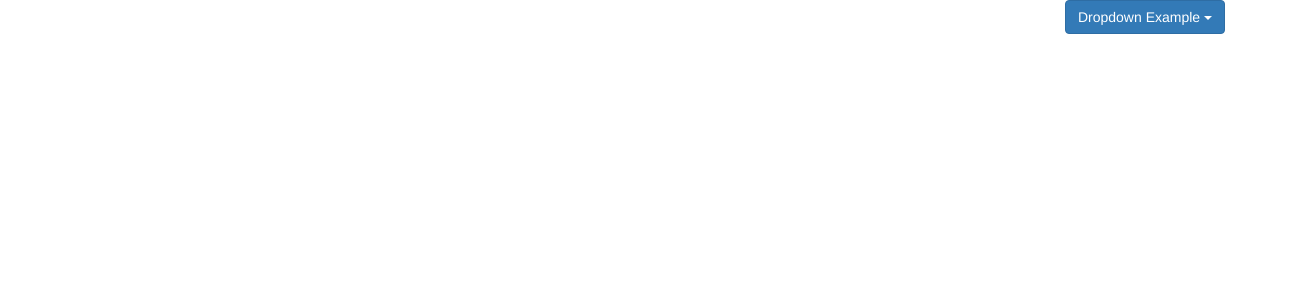
Repository: Trongphamsr/eclip-crud-ss-date-jsp
Page: http://localhost/dangonngu2/
These files come from the project's save history. The page is drawn as it stood at one moment and after the next save; the edit follows.
The browser window is 1280 px wide. The page is 1280 px wide, then 1295 px, so the pictures cover 1295 px, including what lies to the right of the window. The pictures show the whole page.
The page is served by Tomcat 9. Other server files are loaded and not shown.

Above is the page before, as saved 2018-06-14 23:09:08.

### eclip_22_6_2018/dangonngu2/WebContent/index.jsp
<%@ page language="java" contentType="text/html; charset=ISO-8859-1"
    pageEncoding="ISO-8859-1"%>
<!DOCTYPE html PUBLIC "-//W3C//DTD HTML 4.01 Transitional//EN" "http://www.w3.org/TR/html4/loose.dtd">
<html>
<head>
  <meta name="viewport" content="width=device-width, initial-scale=1">
  <link rel="stylesheet" href="https://maxcdn.bootstrapcdn.com/bootstrap/3.3.7/css/bootstrap.min.css">
  <script src="https://ajax.googleapis.com/ajax/libs/jquery/3.3.1/jquery.min.js"></script>
  <script src="https://maxcdn.bootstrapcdn.com/bootstrap/3.3.7/js/bootstrap.min.js"></script>
</head>
<body>

<div class="container">
 <div class="row" style="float: right;">
	<div class="dropdown">
	    <button class="btn btn-primary dropdown-toggle" type="button" data-toggle="dropdown">Dropdown Example
	    <span class="caret"></span></button>
	    <ul class="dropdown-menu">
	      <li><a href="#">VietNam</a></li>
	      <li><a href="#">English</a></li>
	    </ul>
	  </div>
	</div>
 </div>
 <div>

 </div>

</body>
</html>

After the next save:
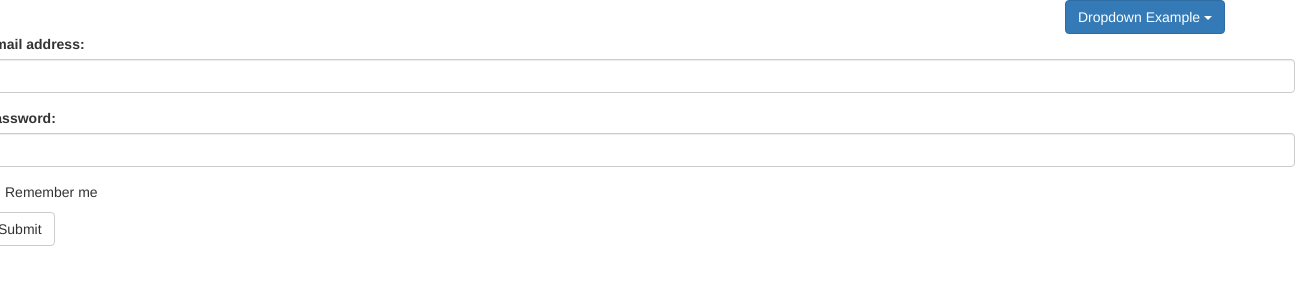
Saved 51 s later.
--- a/eclip_22_6_2018/dangonngu2/WebContent/index.jsp
+++ b/eclip_22_6_2018/dangonngu2/WebContent/index.jsp
@@ -22,7 +22,22 @@
 	  </div>
 	</div>
  </div>
- <div>
+ <div class="row">
+
+ 	<form action="/action_page.php">
+	  <div class="form-group">
+	    <label for="email">Email address:</label>
+	    <input type="email" class="form-control" id="email">
+	  </div>
+	  <div class="form-group">
+	    <label for="pwd">Password:</label>
+	    <input type="password" class="form-control" id="pwd">
+	  </div>
+	  <div class="checkbox">
+	    <label><input type="checkbox"> Remember me</label>
+	  </div>
+	  <button type="submit" class="btn btn-default">Submit</button>
+	</form>
 
  </div>
 
